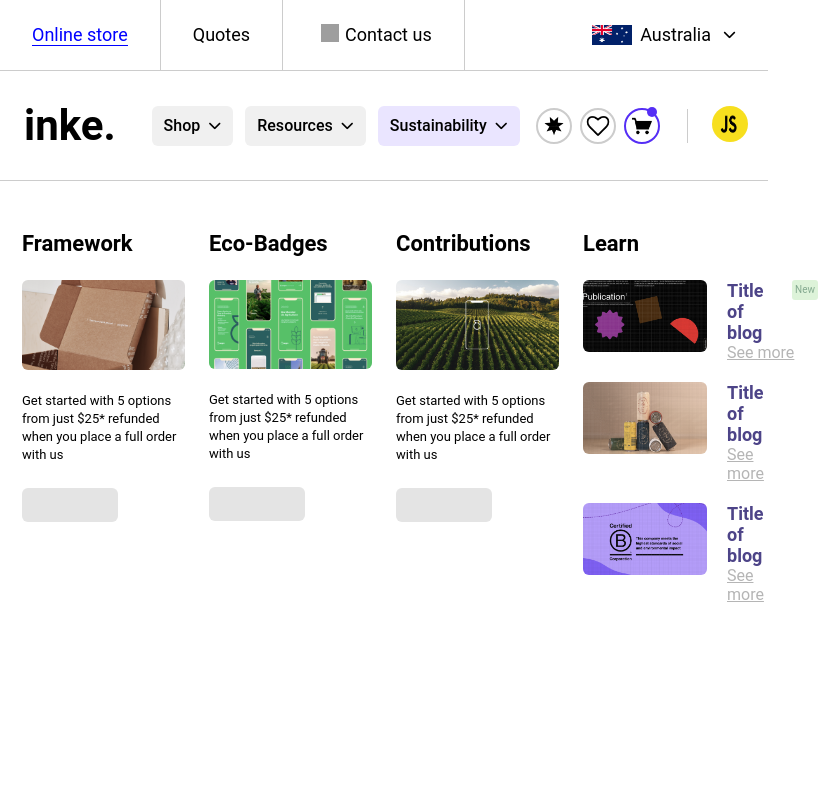
Repository: NguyenMinhKhanhB1909929/Practice_HTML-01
Page: index.html
The author's editor kept a copy of each file at every save. The page is drawn from the files as they stood at one save, then again after the next save.
The browser window is 768 px wide. The page is 818 px wide, then 768 px, so the pictures cover 818 px, including what lies to the right of the window. The pictures show the whole page.
Pictures or frames that could not be fetched are drawn as grey boxes. Some web libraries are served in a nearby version.

Above is the page before, as saved 2022-04-07 19:10:41.

### index.html
<!DOCTYPE html>
<html lang="en">
  <head>
    <meta charset="UTF-8" />
    <meta http-equiv="X-UA-Compatible" content="IE=edge" />
    <meta name="viewport" content="width=device-width, initial-scale=1.0" />
    <title>Practice 1</title>
    <link rel="stylesheet" href="./asset/style/style.css" />
    <link
      rel="stylesheet"
      href="https://cdnjs.cloudflare.com/ajax/libs/font-awesome/6.1.1/css/all.min.css"
    />
  </head>
  <body>
    <div class="main">
      <div class="header">
        <div class="header__about">
          <div class="header__about-text">
            <a href="" class="active">Online store</a>
          </div>
          <div class="header__about-text">
            <a href="">Quotes</a>
          </div>
          <div class="header__about-text">
            <img
              src="https://emojipedia-us.s3.dualstack.us-west-1.amazonaws.com/thumbs/120/google/313/waving-hand_1f44b.png"
              alt=""
              class="header__about-text__img"
            />
            <p class="m-0">
              <a href="">Contact us</a>
            </p>
          </div>
        </div>
        <div class="header__nation">
          <div class="header__nation-wrap">
            <div class="header__nation-flag">
              <img
                src="./asset/img/Australia.svg.webp"
                alt="abc"
                class="header__nation-flag-img"
              />
            </div>
            <div class="header__nation-name">
              <p class="m-0">Australia</p>
            </div>
            <div class="header__nation-icon">
              <i class="fa-solid fa-chevron-down"></i>
            </div>
          </div>
        </div>
      </div>
      <nav class="nav">
        <div class="nav__category">
          <div class="nav__logo">
            <a href="" class="nav__logo-link">inke.</a>
          </div>

          <div class="nav__category-opt">
            <p class="nav__category-opt-name">Shop</p>
            <div class="nav__category-opt-icon">
              <i class="fa-solid fa-chevron-down"></i>
            </div>
          </div>

          <div class="nav__category-opt">
            <p class="nav__category-opt-name">Resources</p>
            <div class="nav__category-opt-icon">
              <i class="fa-solid fa-chevron-down"></i>
            </div>
          </div>
          <div class="nav__category-opt active-btn">
            <p class="nav__category-opt-name">Sustainability</p>
            <div class="nav__category-opt-icon">
              <i class="fa-solid fa-chevron-down"></i>
            </div>
          </div>
        </div>
        <div class="nav__wrap">
          <div class="nav__icon-wrap">
            <div class="nav__icon">
              <img
                src="./asset/img/seven-pointed-star-vector-icon-seven-pointed-star-icon-vector-seven-pointed-star-icon-seven-pointed-star-vector-icon-96183751.jpg"
                alt=""
                class="nav__icon-img"
              />
            </div>
            <div class="nav__icon">
              <img
                src="./asset/img/heart-icon-free-vector.jpg"
                alt=""
                class="nav__icon-img"
              />
            </div>
            <div class="nav__icon active-icon">
              <img
                src="./asset/img/cart-icon-20.jpg"
                alt=""
                class="nav__icon-img"
              />
            </div>
          </div>
          <div class="nav__dash-wrap">
            <div class="nav__das-group">
              <p class="m-0 nav__das-text">Dashboard</p>
              <div class="nav__dash-icon">
                <i class="fa-solid fa-chevron-down"></i>
              </div>
            </div>
            <div class="nav__dash-user">
              <img
                src="./asset/img/images.png"
                alt=""
                class="nav__dash-user-img"
              />
            </div>
          </div>
        </div>
      </nav>
      <div class="container">
        <div class="row">
          <div class="col">
            <div class="container__heading">
              <p class="m-0 container__heading-name">Framework</p>
            </div>
            <div class="container__content">
              <img
                src="./asset/img/image 1.PNG"
                alt=""
                class="container__content-img"
              />
              <p class="container__content-desc">
                Get started with 5 options from just $25* refunded when you
                place a full order with us
              </p>
            </div>
            <button class="btn"></button>
          </div>
          <div class="col">
            <div class="container__heading">
              <p class="m-0 container__heading-name">Eco-Badges</p>
            </div>
            <div class="container__content">
              <img
                src="./asset/img/image2.PNG"
                alt=""
                class="container__content-img"
              />
              <p class="container__content-desc">
                Get started with 5 options from just $25* refunded when you
                place a full order with us
              </p>
            </div>
            <button class="btn"></button>
          </div>
          <div class="col">
            <div class="container__heading">
              <p class="m-0 container__heading-name">Contributions</p>
            </div>
            <div class="container__content">
              <img
                src="./asset/img/image3.PNG"
                alt=""
                class="container__content-img"
              />
              <p class="container__content-desc">
                Get started with 5 options from just $25* refunded when you
                place a full order with us
              </p>
            </div>
            <button class="btn"></button>
          </div>
          <div class="col">
            <div class="container__heading">
              <p class="m-0 container__heading-name">Learn</p>
            </div>
            <div class="container__content">
              <div class="container__content-group">
                <div class="container__content-group-img">
                  <img
                    src="./asset/img/image4.PNG"
                    alt=""
                    class="content-img"
                  />
                </div>
                <div class="container__content-group-title-more">
                  <div class="container__content-title-group">
                    <p class="container__content-title">Title of blog</p>
                    <a class="container__content-title-btn">New</a>
                  </div>
                  <a href="" class="container__content-more">See more</a>
                </div>
              </div>
              <div class="container__content-group">
                <div class="container__content-group-img">
                  <img
                    src="./asset/img/image6.PNG"
                    alt=""
                    class="content-img"
                  />
                </div>
                <div class="container__content-group-title-more">
                  <p class="container__content-title">Title of blog</p>
                  <a href="" class="container__content-more">See more</a>
                </div>
              </div>
              <div class="container__content-group">
                <div class="container__content-group-img">
                  <img
                    src="./asset/img/image7.PNG"
                    alt=""
                    class="content-img"
                  />
                </div>
                <div class="container__content-group-title-more">
                  <p class="container__content-title">Title of blog</p>
                  <a href="" class="container__content-more">See more</a>
                </div>
              </div>
            </div>
          </div>
        </div>
      </div>
    </div>
  </body>
</html>

### asset/style/style.css
* {
  box-sizing: border-box;
  margin: 0;
  font-family: "Roboto", sans-serif;
}
.m-0 {
  margin: 0;
}
.main {
  width: 100%;
}
.header {
  padding: 0 30px;
  display: flex;
  font-size: 18px;
  justify-content: space-between;
  border-bottom: 1px solid #ccc;
}
.header__about {
  display: flex;
}
.header__about-text {
  padding: 24px 32px;
  display: flex;
  border-right: 1px solid #ccc;
}
.header__about-text:hover a {
  color: blue;
  cursor: pointer;
}
.header__about-text__img {
  width: 18px;
  height: 18px;
  display: flex;
  align-items: center;
  margin: 0 6px;
}
.header__nation-wrap {
  display: flex;
}
.header__nation-flag {
  display: flex;
  align-items: center;
}
.header__nation-flag-img {
  width: 40px;
}
.header__nation-name {
  padding: 24px 8px;
}
.header__nation-icon {
  display: flex;
  align-items: center;
  margin: 0 32px 0 4px;
  font-size: 13px;
}
.active {
  color: blue;
  border-bottom: 1px solid blue;
}
a {
  text-decoration: none;
  color: #000;
}

.nav {
  padding: 30px 62px;
  display: flex;
  font-size: 18px;
  justify-content: space-between;
  align-items: center;
  border-bottom: 1px solid #ccc;
}
.nav__category {
  display: flex;
  align-items: center;
}
.nav__logo {
  padding: 0 24px;
}
.nav__logo-link {
  font-size: 42px;
  font-weight: bold;
}
.nav__wrap {
  display: flex;
  align-items: center;
}
.nav__icon-wrap {
  display: flex;
  padding-right: 20px;
  position: relative;
  align-items: center;
  position: relative;
}

.nav__icon {
  width: 36px;
  height: 36px;
  border-radius: 100rem;
  border: 2px solid #ccc;
  display: flex;
  justify-content: center;
  align-items: center;
  margin-right: 8px;
}
.active-icon {
  border: 2px solid #552ef5;
  position: relative;
}
.active-icon::after {
  content: "";
  display: block;
  width: 10px;
  height: 10px;
  background-color: #552ef5;
  position: absolute;
  border-radius: 100rem;
  top: -3px;
  right: 1px;
}
.nav__icon-wrap::after {
  content: "";
  position: absolute;
  display: block;
  height: 34px;
  width: 1px;
  background-color: #ccc;
  right: 0;
  top: 50%;
  transform: translateY(-50%);
}
.nav__dash-wrap {
  display: flex;
  align-items: center;
}
.nav__das-text {
  margin-left: 28px;
}
.nav__dash-icon {
  font-size: 13px;
  margin: 0 12px;
}

.nav__category-opt {
  width: 140px;
  height: 40px;
  border-radius: 6px;
  border: none;
  background-color: #f0f0f0;
  margin-left: 12px;
  padding: 0 12px;
  display: flex;
  align-items: center;
  justify-content: space-between;
  font-size: 16px;
  font-weight: 500;
}
.nav__category-opt:hover {
  background-color: #eae5ff;
}
.nav__category-opt-icon {
  font-size: 13px;
  font-weight: bold;
}
.nav__dash-user {
  margin-left: 8px;
}
.nav__dash-user-img {
  width: 36px;
  border-radius: 100rem;
  height: 36px;
}
.nav__icon-img {
  width: 28px;
  height: 28px;
  border-radius: 100rem;
}
.active-btn {
  background-color: #eae5ff;
}
.container {
  margin: 0 120px;
  padding: 50px 0 0 0;
}
.row {
  display: flex;
}
.col {
  width: 25%;
  padding: 0 12px;
}
.container__heading {
}

.container__heading-name {
  font-size: 22px;
  font-weight: 600;
}
.container__content {
  margin-top: 24px;
}
.container__content-img {
  width: 100%;
  border-radius: 6px;
  margin-bottom: 18px;
}
.container__content-desc {
  font-size: 13px;
  line-height: 18px;
}
.btn {
  height: 34px;
  width: 96px;
  background-color: #e4e4e4;
  border: none;
  border-radius: 6px;
  margin-top: 24px;
}
.container__content-group {
  display: flex;
  margin-bottom: 20px;
}
.container__content-group-img {
  margin-right: 20px;
}
.content-img {
  height: 72px;
  width: 124px;
  border-radius: 6px;
}
.container__content-group-title-more {
  display: flex;
  flex-direction: column;
  justify-content: space-evenly;
}
.container__content-title-group {
  display: flex;
}
.container__content-title {
  font-size: 18px;
  font-weight: 600;
  color: #4d4488;
  margin-right: 10px;
}
.container__content-title-btn {
  font-size: 10px;
  background-color: #ddf3d9;
  width: 44px;
  height: 20px;
  border-radius: 3px;
  text-align: center;
  line-height: 20px;
  color: #84aa90;
}
.container__content-more {
  font-size: 16px;
  color: #b5b5b5;
  text-decoration: underline;
}
.nav__das-group {
  display: flex;
  align-items: center;
}

/* ---------------------Responsive------------------- */
/* PC */
@media screen and (min-width: 64em) {
  * {
    color: blue;
  }
}
/* Tablet */
@media screen and (min-width: 46.25em) and (max-width: 63.9375em) {
  /* Header */
  .header {
    padding: 0 0;
  }
  /* Nav */
  .nav {
    padding-left: 0;
    padding-right: 0;
  }
  .nav__das-group {
    display: none;
  }
  .nav__category-opt {
    width: auto;
  }
  .nav__category-opt-name {
    margin-right: 8px;
  }
  .nav__dash-user {
    margin-left: 24px;
    margin-right: 20px;
  }
  /* Container */
  .container {
    margin: 0 10px;
  } */
  /* .row {
    flex-wrap: wrap;
  } */
  /* .col {
    width: 50%;
    padding: 0;
  }
}

/* Mobile */
@media screen and (max-width: 46.1875em) {
  * {
    color: red;
  }
}

After the next save:
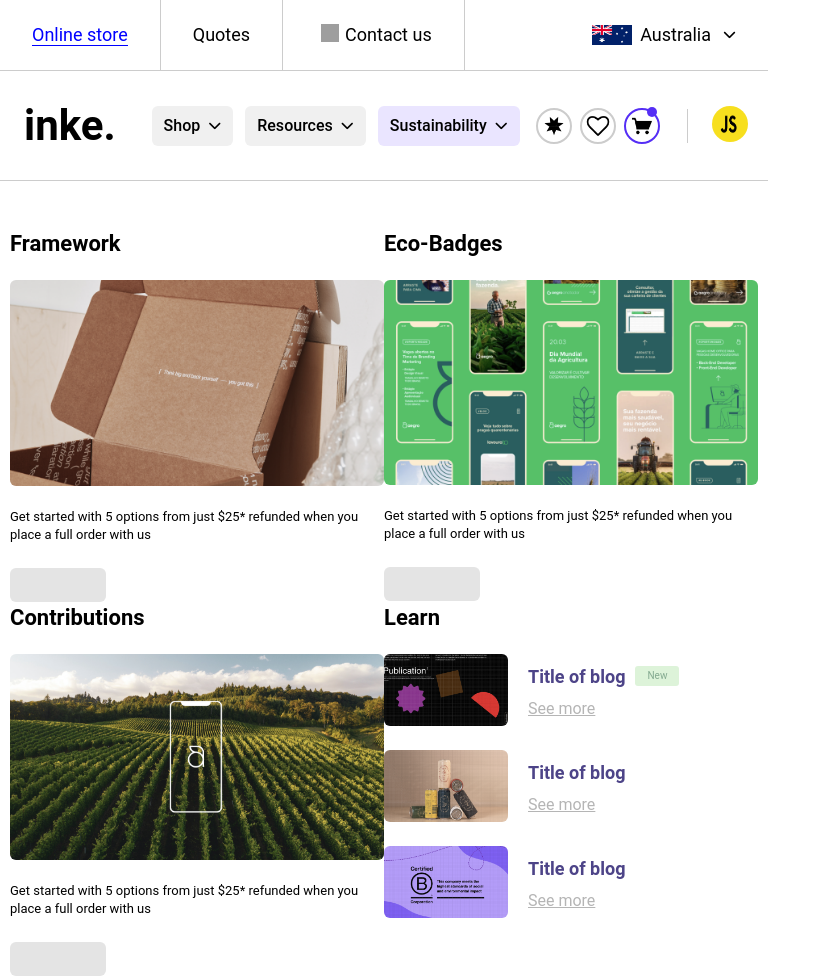
Saved 8 s later.
--- a/asset/style/style.css
+++ b/asset/style/style.css
@@ -297,11 +297,11 @@ a {
   /* Container */
   .container {
     margin: 0 10px;
-  } */
-  /* .row {
+  }
+  .row {
     flex-wrap: wrap;
-  } */
-  /* .col {
+  }
+  .col {
     width: 50%;
     padding: 0;
   }
